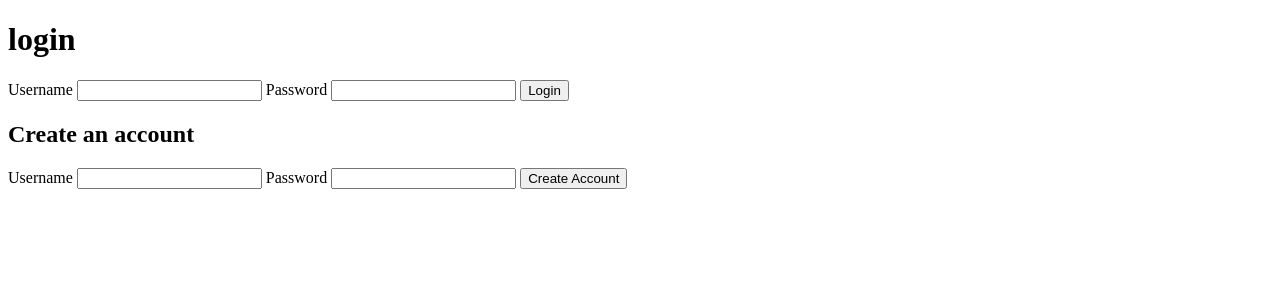
Repository: bao2222/hoc-lam-web
Page: welcome.html
An editor plug-in stored every save of this project. The page is shown before and after the next save, followed by the edit.
The browser window is 1280 px wide. The pictures show the whole page.

Above is the page before, as saved 2024-12-30 08:38:06.

### welcome.html
<!DOCTYPE html>
<html lang="en">

    <head>
        <meta charset="UTF-8">
        <title>Welcome</title>
        <meta content = "this is my website" name = "description">
        <meta author = "me">




    </head>

    <body>
        <h1>login</h1>
        <div>
            <div class="login">
                <form action="project.js" >

                    <label for="username">Username</label>
                    <input type="text" id="username" name="username" required>

                    <label for="password">Password</label>
                    <input type="password" id="password" name="password" required>

                    <button type="submit">Login</button>

                </form>
            </div>

            <h2>Create an account</h2>
            <div>

                <form action="project.js" method="post">
                    <label for="username">Username</label>
                    <input type="text" id="username" name="username" required>

                    <label for="password">Password</label>
                    <input type="password" id="password" name="password" required>

                    <button type="submit">Create Account</button>
                </form>


            </div>



        </div>





    </body>





</html>

After the next save:
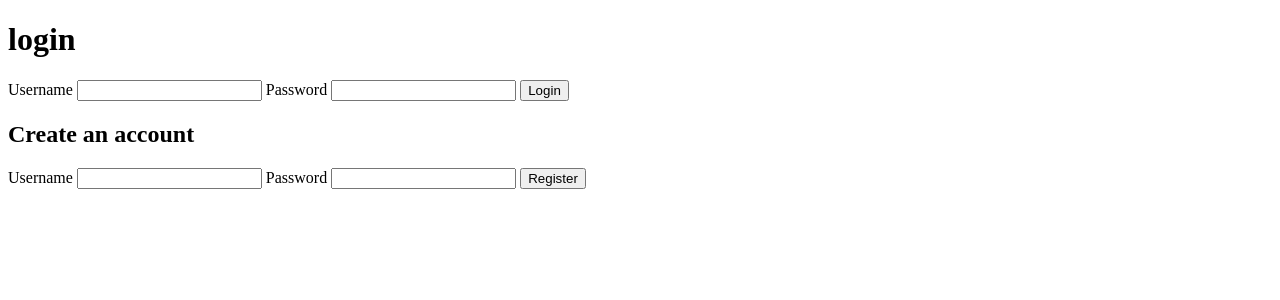
Saved 90 s later.
--- a/welcome.html
+++ b/welcome.html
@@ -31,16 +31,22 @@
 
             <h2>Create an account</h2>
             <div>
+                <div class="register">
+                    <form action="project.js" >
 
-                <form action="project.js" method="post">
-                    <label for="username">Username</label>
-                    <input type="text" id="username" name="username" required>
+                        <label for="username">Username</label>
+                        <input type="text" id="username" name="username" required>
 
-                    <label for="password">Password</label>
-                    <input type="password" id="password" name="password" required>
+                        <label for="password">Password</label>
+                        <input type="password" id="password" name="password" required>
 
-                    <button type="submit">Create Account</button>
-                </form>
+                        <button type="submit">Register</button>
+
+                    </form>
+                    </form>
+
+
+                </div>
 
 
             </div>
